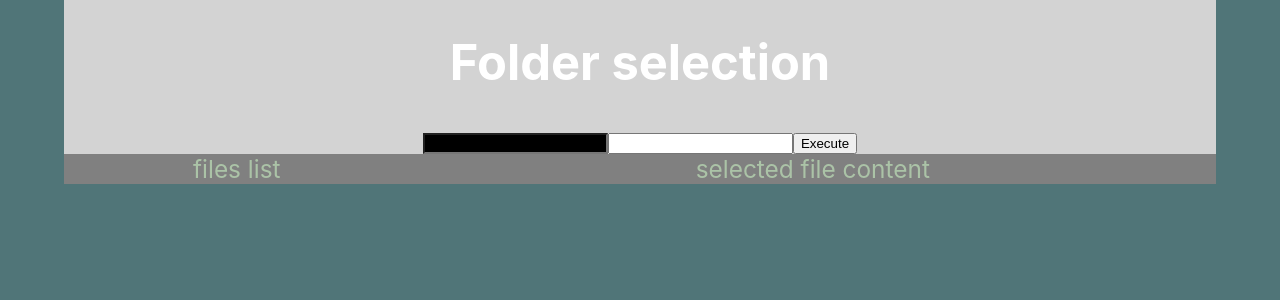
Repository: idubi/DevopsCourse
Page: / (app in lesson03/assignment/client/)
The author's editor kept a copy of each file at every save. The page is drawn from the files as they stood at one save, then again after the next save.
The browser window is 1280 px wide. The pictures show the whole page.
The project was rebuilt for these pictures with package versions that can differ from the ones it lists, and the page was loaded fresh each time.

Above is the page before, as saved 2023-06-15 03:34:21.

### lesson03/assignment/client/src/App.js
import "./App.css";
import "./components/FilesBrowser";
import FileBrowser from "./components/FilesBrowser";
import styled from "styled-components";

function App() {
  return (
    <Container className="App">
      <header className="App-header">
        <FileBrowser></FileBrowser>
      </header>
    </Container>
  );
}

const Container = styled.div`
  display: flex;
  flex-direction: column;
  height: 100%;
  width: 100%;
`;

export default App;

### lesson03/assignment/client/src/App.css
.App {
  text-align: center;
}

.App-logo {
  height: 40vmin;
  pointer-events: none;
}

@media (prefers-reduced-motion: no-preference) {
  .App-logo {
    animation: App-logo-spin infinite 20s linear;
  }
}

.App-header {
  background-color: #507578;
  min-height: 100vh;
  display: flex;
  flex-direction: column;
  align-items: center;

  font-size: calc(10px + 2vmin);
  color: white;
}

.App-link {
  color: #61dafb;
}

### lesson03/assignment/client/src/components/FilesBrowser.js
import React, { useState } from "react";
import styled from "styled-components";
function FileBrowser() {
  const [path, setPath] = useState("");
  // const [response, setResponse] = useState("");

  const handlePathChange = (event) => {
    setPath(event.target.value);
  };

  const handleExecute = () => {
    //   fetch(path)
    //     .then((response) => response.json())
    //     .then((data) => setResponse(JSON.stringify(data)))
    //     .catch((error) => console.error("Error:", error));
  };

  return (
    <Container>
      <Upper>
        <h1>Folder selection</h1>
        <Label type="text" value="./public/" />
        <input type="text" value={path} onChange={handlePathChange} />
        <button onClick={handleExecute}>Execute</button>
      </Upper>
      <Lower>
        <LeftLowerDiv>files list</LeftLowerDiv>
        <RightLowerDiv>selected file content</RightLowerDiv>
      </Lower>
    </Container>
  );
}

const Container = styled.div`
  display: flex;
  flex-direction: column;
  height: 90%;
  width: 90%;
`;

const Upper = styled.div`
  height: 30%;
  background-color: lightgrey;
`;

const Lower = styled.div`
  display: flex;
  flex-direction: row;
  height: 100%;
  color: #abc3a7;
`;

const LeftLowerDiv = styled.div`
  width: 30%;
  height: 100%;
  background-color: gray;
`;
const RightLowerDiv = styled.div`
  width: 70%;
  height: 100%;
  background-color: gray;
`;
const Label = styled.input`
  size: 12pc;
  background: black;
`;
export default FileBrowser;

Loaded but not shown: lesson03/assignment/client/public/index.html (common file); lesson03/assignment/client/src/index.js (common file); lesson03/assignment/client/src/index.css (common file); lesson03/assignment/client/src/reportWebVitals.js (common file)

After the next save:
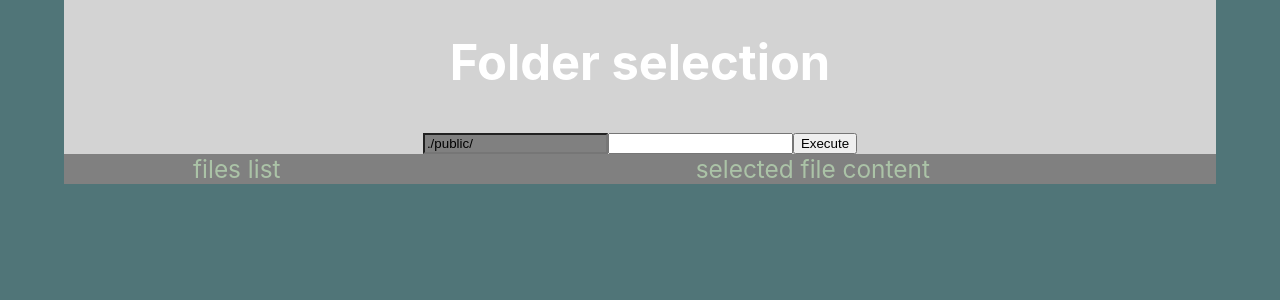
Saved 10 s later.
--- a/lesson03/assignment/client/src/components/FilesBrowser.js
+++ b/lesson03/assignment/client/src/components/FilesBrowser.js
@@ -62,6 +62,6 @@ const RightLowerDiv = styled.div`
 `;
 const Label = styled.input`
   size: 12pc;
-  background: black;
+  background: gray;
 `;
 export default FileBrowser;
